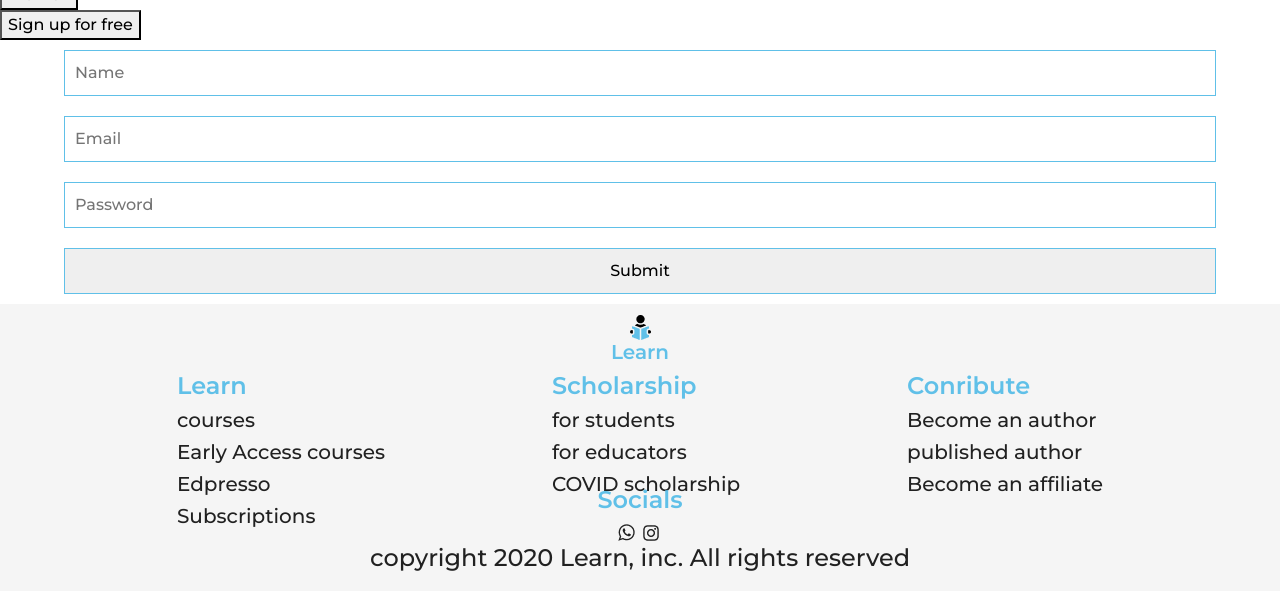
Repository: TiaraOluwanimi/team5
Page: tutor.html
These files come from the project's save history. The page is drawn as it stood at one moment and after the next save; the edit follows.
The browser window is 1280 px wide. The pictures show the part of the page from y = 2326 to 2917 px (the page is 2917 px tall before and 2875 px after).
A picture or video elsewhere on the page could not be fetched, so the positions and the page height are approximate. Some web libraries are served in a nearby version.

Above is the page before, as saved 2020-08-08 11:03:11.

### tutor.html
<!DOCTYPE html>
<html lang="en">
  <head>
    <meta charset="UTF-8" />
    <meta name="viewport" content="width=device-width, initial-scale=1.0" />
    <title>Online Tutoring</title>
    <!-- Custom Css -->
    <link rel="stylesheet" href="./assets/css/header-footer.css" />
    <link rel="stylesheet" href="./assets/css/tutor.css" />
    <link rel="stylesheet" href="./assets/css/testimonial.css" />
    <!-- Favicon -->
    <link rel="shortcut icon" href="" type="image/x-icon" />
    <!---------------------- CDNs----------------- -->
    <!-- Bootstrap CSS CDN -->
    <link
      rel="stylesheet"
      href="https://maxcdn.bootstrapcdn.com/bootstrap/4.0.0/css/bootstrap.min.css"
      integrity="sha384-Gn5384xqQ1aoWXA+058RXPxPg6fy4IWvTNh0E263XmFcJlSAwiGgFAW/dAiS6JXm"
      crossorigin="anonymous"
    />
    <!-- fontawesome CDN -->
    <!-- Google Font -->
    <link href="https://fonts.googleapis.com/css2?family=Montserrat:wght@500;600&display=swap" rel="stylesheet">
    <!-- Font Awesome -->
    <script src="https://kit.fontawesome.com/0f19ba4771.js" crossorigin="anonymous"></script>

</head>

<body>
    <!-- Welcome to this online tutoring website. 😊 -->
    <!--  Header  -->
    <nav class="nav1">
      <a href="#"><img src="./assets/img/logo.png" alt="" /></a>
      <div class="nav1div1">
        <img
          class="searchicon"
          onclick="displaySearchBar()"
          src="./assets/img/search.png"
          alt=""
        />
        <button class="nav1butt1">Log in</button>
        <button class="nav1butt2">Join for free</button>
      </div>
      <div class="nav1div2 display">
        <input
          class="searchbar"
          type="text"
          placeholder="Enter Text here"
          name=""
          id=""
        />
      </div>
    </nav>

    <!-- Landing Page -->
    <div class="div1">
        <img class="div1img1" src="./assets/img/hero-img.png" alt="">
        <div class="div1div1">
            <i class="fas fa-play-circle fa-2x div1img2"></i>
            &nbsp;&nbsp;&nbsp;
            <h3 class="div1hh1">TAKE A TOUR</h3>
        </div>
    </div>

    <div class="div2">
        <h1 class="div2hh1">
            LEARN ALL YOU WANT, AT YOUR OWN
            <span class="div2hh2">PACE.</span>
        </h1>
        <h4 class="div2hh3">
            Lorem ipsum dolor sit amet, consectetur
            adipiscing elit, sed do eiusmod tempor
            incididunt ut labore et dolore magna
            aliqua. Ut enim ad minim veniam, quis
            nostrud exercitation ullamco laboris nisi
            ut aliquip ex ea commodo consequat.
        </h4>
        <div class="div2div1">
            <button class="div2butt1">Get Started</button>
        </div>
    </div>
    <!-- join us section -->
    <section id="join-us" class="py-5" style="position: relative;">
        <div style="position: absolute; right: 0px; top:-10px;">
          <img src="./assets/img/Ellipse 13.png" alt="" class="img-fluid" />
        </div>
        <div class="container">
          <div class="row">
            <div class="col-12 mx-auto text-center">
              <h4 class="mx-auto sec-head">
                <span><strong>Join Us</strong></span>
              </h4>
              <p>
                Join us for free classes taught by experts. And explore hundreds
                of free online classes.
              </p>
            </div>
            <div class="row py-3">
                <div class="col-md-4 text-center my-3">
                  <div class="box-shadow py-3">
                    <img
                      src="./assets/img/course.png"
                      alt=""
                      class="join-img img-fluid rounded-circle w-50"
                    />
                    <h4 class="my-5"><strong>Choose a Course</strong></h4>
                  </div>
                </div>
                <div class="col-md-4 text-center my-3">
                  <div class="box-shadow py-3">
                    <img
                      src="./assets/img/skillset.png"
                      alt=""
                      class="join-img img-fluid rounded-circle w-50"
                    />
                    <h4 class="my-5"><strong>Grow your skillset</strong></h4>
                  </div>
                </div>
                <div class="col-md-4 text-center my-3">
                  <div class="box-shadow py-3">
                    <img
                      src="./assets/img/mentorship.png"
                      alt=""
                      class="join-img img-fluid rounded-circle w-50"
                    />
                    <h4 class="my-5"><strong>Meet a mentor</strong></h4>
                  </div>
                </div>
                <button
                  class="btn btn-lg btn-outline-primary py-3 px-5 rounded-0 mx-auto"
                >
                  View All
                </button>
              </div>
            </div>
          </section>

    <!-- service section -->
    <section id="services" class="py-5" style="position: relative;">
      <div style="position: absolute; left: 0px; top: -30px;">
        <img src="./assets/img/Ellipse 10.png" alt="" />
      </div>
      <div
        style="position: absolute; right: 0px; top: 30%; transform: scale(-1);"
      >
        <img src="./assets/img/Ellipse 10.png" alt="" />
      </div>
      <div class="container">
        <div class="row">
          <div class="col-12 mx-auto text-center">
            <h4 class="mx-auto sec-head">
              <span><strong>Services</strong></span>
            </h4>
            <p>
              Helping over 5,000 students reach their ultimate goals with our
              special packages.
            </p>
          </div>
        </div>
        <div class="row p-3">
          <div class="col-md-4 text-center py-3">
            <h4><strong>Get help, FAST</strong></h4>
            <img
              src="./assets/img/hourglass 1.png"
              alt=""
              class="img-fluid w-25 my-3"
            />
            <p class="my-3" style="font-size: 14px;">
              Lorem ipsum dolor sit amet, consectetur adipiscing elit, sed do
              eiusmod tempor incididunt ut labore et dolore magna aliqua. Ut
              enim ad minim veniam, quis nostrud exercitation ullamco laboris
              nisi ut aliquip ex ea commodo consequat. um.
            </p>
            <h6 class="border py-3 px-1 mx-3 border-primary">
              Learn More <i></i>
            </h6>
          </div>
          <div class="col-md-4 text-center py-3">
            <h4><strong>Personalised tutoring</strong></h4>
            <img
              src="./assets/img/teacher 1.png"
              alt=""
              class="img-fluid w-25 my-3"
            />
            <p class="my-3" style="font-size: 14px;">
              Lorem ipsum dolor sit amet, consectetur adipiscing elit, sed do
              eiusmod tempor incididunt ut labore et dolore magna aliqua. Ut
              enim ad minim veniam, quis nostrud exercitation ullamco laboris
              nisi ut aliquip ex ea commodo consequat. um.
            </p>
            <h6 class="border py-3 px-1 mx-3 border-primary">
              Learn More <i></i>
            </h6>
          </div>
          <div class="col-md-4 text-center py-3">
            <h4><strong>80+ Courses</strong></h4>
            <img
              src="./assets/img/test 1.png"
              alt=""
              class="img-fluid w-25 my-3"
            />
            <p class="my-3" style="font-size: 14px;">
              Lorem ipsum dolor sit amet, consectetur adipiscing elit, sed do
              eiusmod tempor incididunt ut labore et dolore magna aliqua. Ut
              enim ad minim veniam, quis nostrud exercitation ullamco laboris
              nisi ut aliquip ex ea commodo consequat. um.
            </p>
            <h6 class="border py-3 px-1 mx-3 mx-lg-1 border-primary">
              Learn More <i></i>
            </h6>
          </div>
        </div>
      </div>
    </section>
    <!-- Testimonial section -->
    <section>
      <div>
        <div class="testimonial-heading">
          <div>
            <hr>
            <span>Testimonials</span>
            <hr>
          </div>
          <p>what our awesome client are saying</p>
        </div>
        <div>
          <div class="testimonial-card">
            <img src="./assets/img/Ellipse 7.png" alt="">
            <div class="testimonial-statement">
              <p>Lorem ipsum dolor sit amet, consectetur adipiscing elit, sed do odo consequat. um.</p>
            </div>
            <p>-Rafiu</p>
          </div>
          <button>View all</button>
        </div>
        <div>
          <button>Sign up for free</button>
        </div>
        <div class="testimonial-container">
          <form >
            <input type="text" placeholder="Name">
            <input type="email" placeholder="Email">
            <input type="password" placeholder="Password">
            <input type="submit">
          </form>
        </div>
      </div>
    </section>
    <!--  Footer  -->
    <footer class="footer1">
      <div class="footer1div1">
        <img class="footer1img1" src="./assets/img/logo.png" alt="" />
        <h5 class="footer1hh1">Learn</h5>
      </div>

      <div class="footer1div2">
        <div class="footer1div3">
          <h4 class="footer1hh2">Learn</h4>
          <a href="" class="footer1link1"
            ><h5 class="footer1hh3">courses</h5></a
          >
          <a href="" class="footer1link1"
            ><h5 class="footer1hh3">Early Access courses</h5></a
          >
          <a href="" class="footer1link1"
            ><h5 class="footer1hh3">Edpresso</h5></a
          >
          <a href="" class="footer1link1"
            ><h5 class="footer1hh3">Subscriptions</h5></a
          >
        </div>
        <div class="footer1div4">
          <h4 class="footer1hh2">Scholarship</h4>
          <a href="" class="footer1link1"
            ><h5 class="footer1hh3">for students</h5></a
          >
          <a href="" class="footer1link1"
            ><h5 class="footer1hh3">for educators</h5></a
          >
          <a href="" class="footer1link1"
            ><h5 class="footer1hh3">COVID scholarship</h5></a
          >
        </div>
        <div class="footer1div5">
          <h4 class="footer1hh2">Conribute</h4>
          <a href="" class="footer1link1"
            ><h5 class="footer1hh3">Become an author</h5></a
          >
          <a href="" class="footer1link1"
            ><h5 class="footer1hh3">published author</h5></a
          >
          <a href="" class="footer1link1"
            ><h5 class="footer1hh3">Become an affiliate</h5></a
          >
        </div>
      </div>

      <div class="footer1div6">
        <h4 class="footer1hh2 redd">Socials</h4>
        <a href="#"><img src="./assets/img/whatsapp.png" alt="" /></a>
        <a href="#"><img src="./assets/img/instagram.png" alt="" /></a>
      </div>

      <h4 class="footer1hh4">
        copyright 2020 Learn, inc. All rights reserved
      </h4>
    </footer>

    <!---------------------- CDNs----------------- -->
    <!-- jQuery CDN -->
    <script
      src="https://code.jquery.com/jquery-3.2.1.slim.min.js"
      integrity="sha384-KJ3o2DKtIkvYIK3UENzmM7KCkRr/rE9/Qpg6aAZGJwFDMVNA/GpGFF93hXpG5KkN"
      crossorigin="anonymous"
    ></script>
    <!-- ajax CDN -->
    <script
      src="https://cdnjs.cloudflare.com/ajax/libs/popper.js/1.12.9/umd/popper.min.js"
      integrity="sha384-ApNbgh9B+Y1QKtv3Rn7W3mgPxhU9K/ScQsAP7hUibX39j7fakFPskvXusvfa0b4Q"
      crossorigin="anonymous"
    ></script>
    <!-- BootstrapJS CDN -->
    <script
      src="https://maxcdn.bootstrapcdn.com/bootstrap/4.0.0/js/bootstrap.min.js"
      integrity="sha384-JZR6Spejh4U02d8jOt6vLEHfe/JQGiRRSQQxSfFWpi1MquVdAyjUar5+76PVCmYl"
      crossorigin="anonymous"
    ></script>
    <!-- Custom Javascript Links -->
    <script src="./assets/js/tutor.js"></script>
  </body>
</html>

### assets/css/header-footer.css

/*  Header Navbar */
body{
  margin: 0;
}
.nav1{
   margin: 10px;
}
.nav1div1{
    display: inline;
    float: right;
}
.nav1butt1{
    color: #212121;
    border-color: #212121;
    border-width: 1px;
    background-color: #FFFFFF;
    padding: 7px 7px;
    font-family: 'Montserrat', sans-serif;
    font-weight: 500;
    outline: none;
    margin-left: 35px;
}
.nav1butt2{
    color: #FFFFFF;
    border-color: #60C0E8;
    border: none;
    background-color: #60C0E8;
    padding: 8px 7px;
    font-family: 'Montserrat', sans-serif;
    font-weight: 500;
    outline: none;
    margin-left: 8px;
}
.nav1butt1:hover{
    background-color: #f0f0f0;
      cursor: pointer;
}
.nav1butt2:hover{
    background-color: #60adce;
    cursor: pointer;
}
.searchicon:hover{
    cursor: pointer;
}
.nav1div2{
    text-align: center;
    width: 100%;
    margin-top: 10px;
}
.searchbar{
    width: 60%;
    font-family: 'Montserrat', sans-serif;
    outline: none;
    border-radius: 10px;
    padding: 10px;
    border-width: 1px;
}
.footer1link1{
    text-decoration: none;
}
.display{
    display: none;
}



/*  Footer  */
.footer1{
    padding: 10px;
    background-color: #F5F5F5;
}
.footer1div1{
    text-align: center;
}
.footer1hh1{
    margin-top: 0px;
    font-family: 'Montserrat', sans-serif;
    color: #60C0E8;
    font-weight: 600;
}
.footer1div2{
    display: flex;
    flex-direction:row;
    justify-content: space-evenly;
}
.footer1hh2{
    font-family: 'Montserrat', sans-serif;
    color: #60C0E8;
    font-weight: 600;
}
.footer1hh3{
    font-family: 'Montserrat', sans-serif;
    color: #212121;
    font-weight: normal;
}
.footer1div6{
    text-align: center;
    margin-top: -50px;
}
.redd{
    margin-bottom: 5px;
}
.footer1hh4{
    text-align: center;
    font-family: 'Montserrat', sans-serif;
    color: #212121;
    font-style: normal;
    font-weight: 500;
}

/* Footer Media Queries */
@media only screen and (max-width: 399px) {
    .footer1div2{
        flex-direction: column;
        align-items: center;
    }
    .footer1div6{
        text-align: center;
        margin-top: -10px;
    }
}

### assets/css/tutor.css
* {
  font-family: "Montserrat", sans-serif;
}
.div1 {
  margin: 10px;
  text-align: center;
}
.div1div1 {
  width: 100%;
  display: flex;
  justify-content: center;
  background-color: #60c0e8;
  margin-top: -5px;
}
.div1img1 {
  width: 100%;
  height: 350px;
}
.div1img2 {
  padding-top: 15px;
  color: #ffffff;
}
.div1div1:hover {
  background-color: #60adce;
  cursor: pointer;
}
.div1hh1 {
  font-family: "Montserrat", sans-serif;
  font-weight: 600;
  color: #ffffff;
}

.div2 {
  margin: 10px;
}
.div2hh1 {
  font-family: "Montserrat", sans-serif;
  text-align: center;
  color: #3a3a3a;
  font-weight: bold;
}
.div2hh2 {
  color: #60c0e8;
}
.div2hh3 {
  font-family: "Montserrat", sans-serif;
  text-align: center;
  color: #000000;
  font-weight: 500;
}
.div2div1 {
  text-align: center;
}
.div2butt1 {
  background-color: #60c0e8;
  font-weight: 500;
  color: #ffffff;
  border: none;
  outline: none;
  padding: 15px 30px;
  font-size: large;
}
.div2butt1:hover {
  background-color: #60adce;
  cursor: pointer;
}

/* this handles the line in each section heading  */
.sec-head {
  width: 30%;
  text-align: center;
  border-bottom: 2px solid #000;
  line-height: 0.1em;
  margin: 10px 0 20px;
}
.sec-head span {
  background: #fff;
  padding: 0 10px;
}
/* join us images border */
.join-img {
  border: 5px solid #60c0e8 !important;
}
/* box shadow */
.box-shadow {
  box-shadow: 0px 5px 30px 0.5px #e6e6e6;
}
.box-shadow:hover {
  box-shadow: 0px 5px 30px 5px #c7c7c7;
}

@media screen and (max-width: 320px) {
  .sec-head {
    width: 70%;
  }
}

### assets/css/testimonial.css
.testimonial-heading{
    text-align:center;
}
.testimonial-card{
    text-align: center;
    width:250px;
    padding:15px;
    position: relative;
    background-color: #60C0E8;

}
.testimonial-card img{
    margin-top:-10px;
    width:120px;

}
.testimonial-statement{
    color:#fff;
    margin:10px 0;
}

.testimonial-container{
    width:90%;
    margin:0 auto;
    overflow: hidden;
}

form{
    box-sizing: border-box;
}
form input{
    width:100%;
    margin:10px 0;
    padding:10px;
    border: 1px solid #60C0E8;
    box-sizing: border-box;
}

### assets/js/tutor.js

function displaySearchBar(){
    document.querySelector(".nav1div2").classList.toggle("display");
}

After the next save:
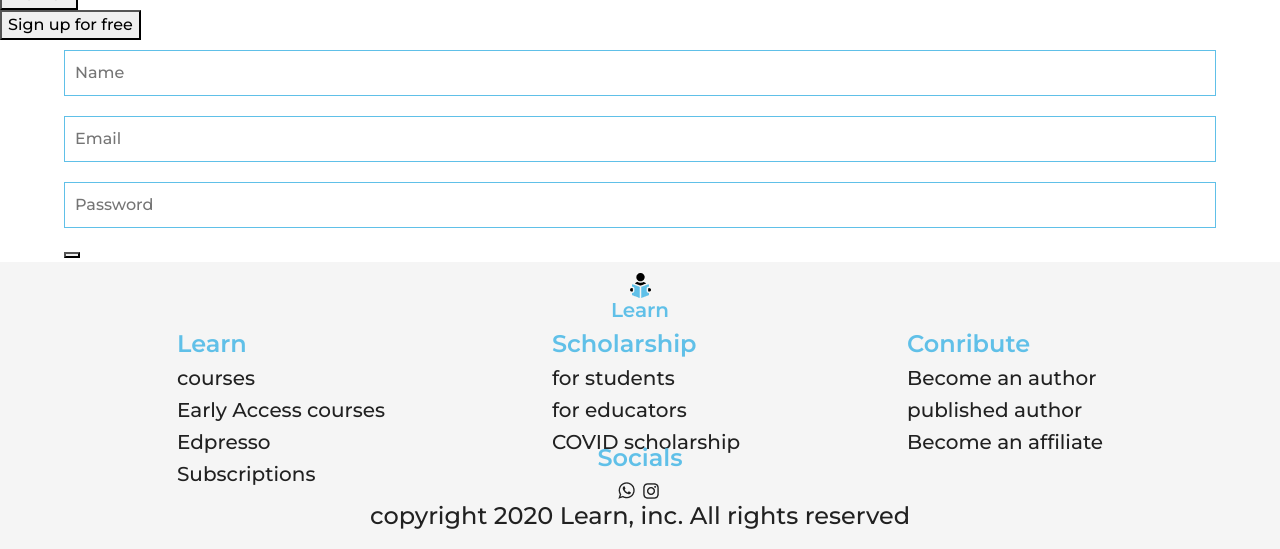
Saved 70 s later.
--- a/tutor.html
+++ b/tutor.html
@@ -241,7 +241,7 @@
             <input type="text" placeholder="Name">
             <input type="email" placeholder="Email">
             <input type="password" placeholder="Password">
-            <input type="submit">
+            <button></button>
           </form>
         </div>
       </div>
